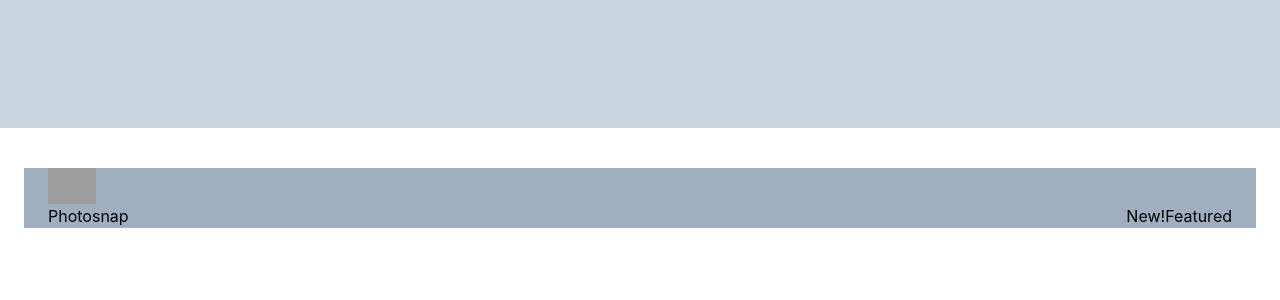
Repository: asongdon/frontendmentor-joblisting
Page: /
An editor plug-in stored every save of this project. The page is shown before and after the next save, followed by the edit.
The browser window is 1280 px wide. The pictures show the whole page.
Pictures or frames that could not be fetched are drawn as grey boxes. The project was rebuilt for these pictures with package versions that can differ from the ones it lists, and the page was loaded fresh each time. The framework's server and built-in components were replaced by stand-ins that run in the browser. Also part of the build but not shown: nuxt.config.js.

Above is the page before, as saved 2020-04-12 18:34:14.

### layouts/default.vue
<template>
  <div>
    <Header/>
    <nuxt />
  </div>
</template>

<script>
import Header from '@/components/Header.vue'

export default {
  components: {
    Header
  },
}
</script>

<style>
html {
  font-family: 'Inter', -apple-system, BlinkMacSystemFont, 'Segoe UI',
    Roboto, 'Helvetica Neue', Arial, sans-serif;
  font-size: 16px;
  word-spacing: 1px;
  -ms-text-size-adjust: 100%;
  -webkit-text-size-adjust: 100%;
  -moz-osx-font-smoothing: grayscale;
  -webkit-font-smoothing: antialiased;
  box-sizing: border-box;
}

*,
*:before,
*:after {
  box-sizing: border-box;
  margin: 0;
}

.button--green {
  display: inline-block;
  border-radius: 4px;
  border: 1px solid #3b8070;
  color: #3b8070;
  text-decoration: none;
  padding: 10px 30px;
}

.button--green:hover {
  color: #fff;
  background-color: #3b8070;
}

.button--grey {
  display: inline-block;
  border-radius: 4px;
  border: 1px solid #35495e;
  color: #35495e;
  text-decoration: none;
  padding: 10px 30px;
  margin-left: 15px;
}

.button--grey:hover {
  color: #fff;
  background-color: #35495e;
}
</style>

### pages/index.vue
<template>
  <div class="container py-10 px-6">
    <Maincard/>
  </div>
</template>

<script>
import Maincard from '@/components/Maincard'
export default {
  components: {
    Maincard
  }
}
</script>

<style>
/* Sample `apply` at-rules with Tailwind CSS
.container {
  @apply min-h-screen flex justify-center items-center text-center mx-auto;
}
*/

</style>

### components/Header.vue
<template>
  <div class="w-full h-32 bg-gray-400"></div>
</template>

<script>
export default {}
</script>

<style></style>

### components/Maincard.vue
<template>
  <div class="bg-gray-500 flex flex-col flex-no-wrap">
    <div class="px-6">
      <img class="w-12" src="~/assets/logos/faceit.svg" alt="" />
    </div>
    <div class="flex justify-between px-6">
      <div>Photosnap</div>
      <div class="flex">
        <div>New!</div>
        <div>Featured</div>
      </div>
    </div>
  </div>
</template>

<script>
export default {}
</script>

<style></style>

Loaded but not shown: assets/css/tailwind.css (common file); tailwind.config.js (common file); store/filter.js (no copy from this time; the picture is the same without it); store/index.js (no copy from this time; the picture is the same without it)

After the next save:
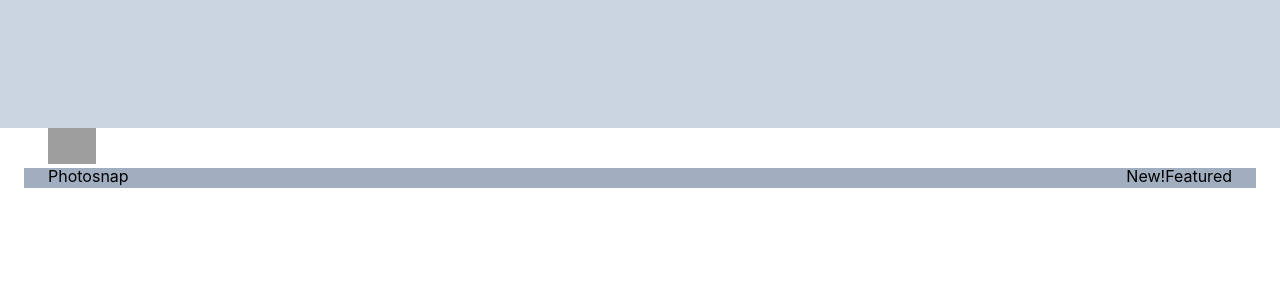
Saved 5 s later.
--- a/components/Maincard.vue
+++ b/components/Maincard.vue
@@ -1,6 +1,6 @@
 <template>
   <div class="bg-gray-500 flex flex-col flex-no-wrap">
-    <div class="px-6">
+    <div class="px-6 -mt-10">
       <img class="w-12" src="~/assets/logos/faceit.svg" alt="" />
     </div>
     <div class="flex justify-between px-6">

After the save that followed:
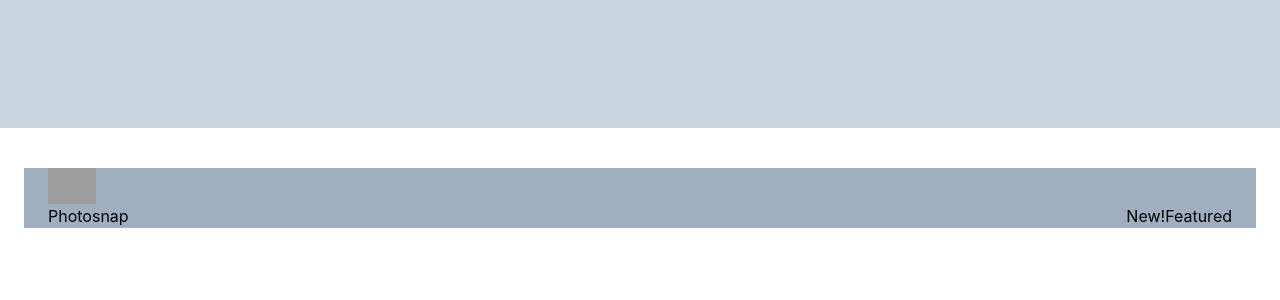
Saved 8 s later.
--- a/components/Maincard.vue
+++ b/components/Maincard.vue
@@ -1,6 +1,6 @@
 <template>
   <div class="bg-gray-500 flex flex-col flex-no-wrap">
-    <div class="px-6 -mt-10">
+    <div class="px-6 -mt-1/2">
       <img class="w-12" src="~/assets/logos/faceit.svg" alt="" />
     </div>
     <div class="flex justify-between px-6">
